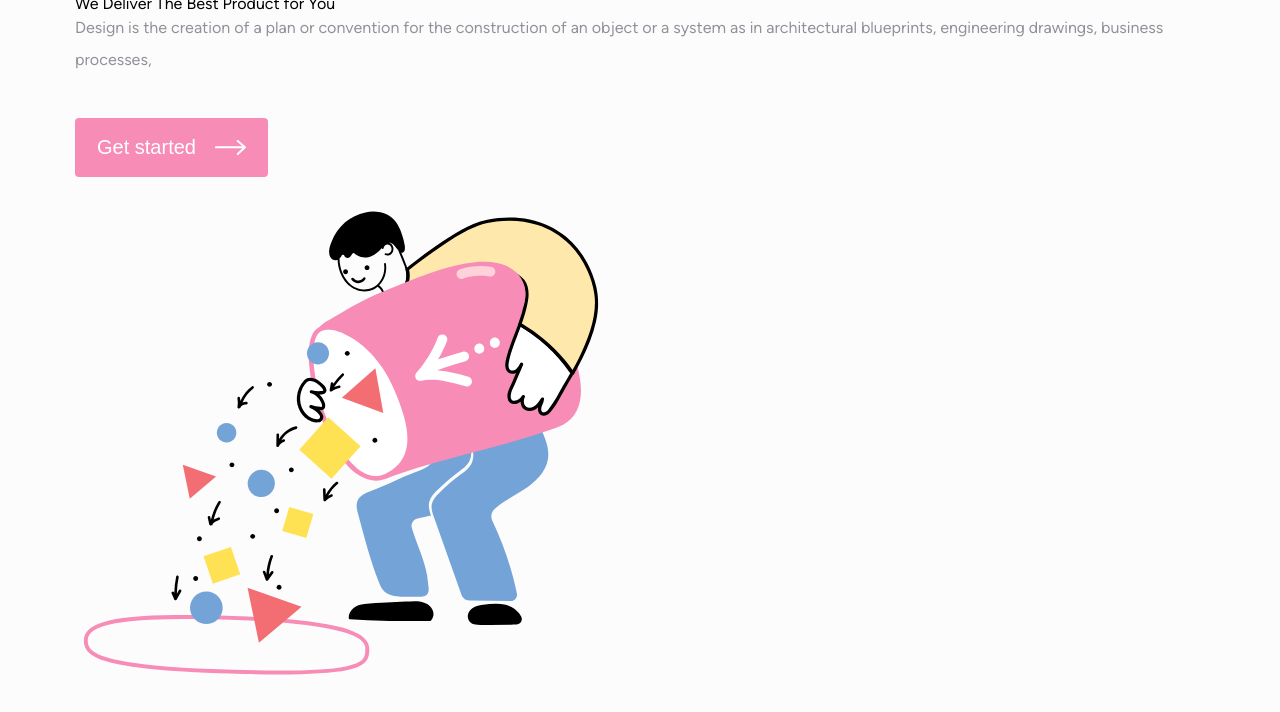
Repository: ArusyakAghajanyan/MirageFigma
Page: Figma/index.html
These files come from the project's save history. The page is drawn as it stood at one moment and after the next save; the edit follows.
The browser window is 1280 px wide. The pictures show the part of the page from y = 1421 to 2133 px (the page is 2133 px tall before and 2059 px after).
A picture or video elsewhere on the page could not be fetched, so the positions and the page height are approximate.

Above is the page before, as saved 2022-08-21 21:51:33.

### Figma/index.html
<!DOCTYPE html>
<html lang="en">
  <head>
    <meta charset="UTF-8" />
    <meta http-equiv="X-UA-Compatible" content="IE=edge" />
    <meta name="viewport" content="width=device-width, initial-scale=1.0" />
    <link rel="stylesheet" href="./assets/./css/reset.css" />
    <link rel="stylesheet" href="./assets/css/style.css" />
    <link rel="stylesheet" href="./assets/css/responsive.css" />
    <title>Mirage</title>
  </head>
  <body>
    <header class="header">
      <div class="container">
        <div class="header-content">
          <h1 class="header__logo"><span class="text-primary">Mi</span>rage</h1>
          <nav class="header__nav">
            <ul class="header__menu">
              <li class="header__menu-item">
                <a href="#" class="header__menu-link">Home</a>
              </li>
              <li class="header__menu-item">
                <a href="#" class="header__menu-link">About</a>
              </li>
              <li class="header__menu-item">
                <a href="#" class="header__menu-link">Product</a>
              </li>
              <li class="header__menu-item">
                <a href="#" class="header__menu-link">Pricing</a>
              </li>
              <li class="header__menu-item">
                <a href="#" class="header__menu-link">Test</a>
              </li>
            </ul>
          </nav>
        </div>
      </div>
    </header>
    <main>
      <section class="intro">
        <div class="container">
          <div class="intro-content">
            <div class="intro__description">
              <h2 class="intro__title">__Creative Agency</h2>
              <h3 class="intro__subtitle">
                We Deliver The Best Product for You
              </h3>
              <p class="intro__details">
                Design is the creation of a plan or convention for the
                construction of an object or a system as in architectural
                blueprints, engineering drawings, business processes,
              </p>
              <button class="intro__button base-button base-button--primary">
                <span class="intro__button-text">Get started</span>
                <img
                  class="intro__button-icon"
                  src="./assets/icons/Group 1.svg"
                  alt="arrow"
                />
              </button>
            </div>
            <div class="intro__image-wrapper">
              <img
                class="intro__img"
                src="./assets/images/intro-image.svg"
                alt=""
              />
            </div>
          </div>
        </div>
      </section>
      <section class="services">
        <div class="container">
          <div class="services-content">
            <div class="services__description">
              <h2 class="services__title">Our Services</h2>
              <h3 class="services__subtitle">Why People Choose Us</h3>
            </div>
            <div class="services__card">
              <div class="services__card-item">
                <div class="services__image-wrapper">
                  <img
                    class="services__image"
                    src="./assets/images/service-image1.svg"
                    alt="Design"
                  />
                </div>
                <h2 class="services__card-item-title">Design</h2>
                <p class="services__card-item-description">
                  a plan or drawing produced to show the look and function
                </p>
              </div>

              <div class="services__card-item">
                <div class="services__image-wrapper">
                  <img
                    class="services__image"
                    src="./assets/images/service-image2.svg"
                    alt="Development"
                  />
                </div>
                <h2 class="services__card-item-title">Development</h2>
                <p class="services__card-item-description">
                    Development is defined as the process of growth or new</p>
              </div>


              <div class="services__card-item">
                <div class="services__image-wrapper">
                  <img
                    class="services__image"
                    src="./assets/images/service-image3.svg"
                    alt="Branding"
                  />
                </div>
                <h2 class="services__card-item-title">Branding</h2>
                <p class="services__card-item-description">
                    The marketing practice of creating a name, symbol or</p>
                    <div class="services__card-more">
                        <span class="services__card-more-text" >Learn more</span>
                        <img class="services__card-more-icon" src="./assets/images/arrow.svg" alt="">
                    </div>
              </div>

              <div class="services__card-item">
                <div class="services__image-wrapper">
                  <img
                    class="services__image"
                    src="./assets/images/service-image1.svg"
                    alt="Illustration"
                  />
                </div>
                <h2 class="services__card-item-title">Illustration</h2>
                <p class="services__card-item-description">
                    An illustration is a decoration, interpretation or visual                </p>
              </div>
            </div>
          </div>
        </div>
      </section>
      <section class="design">
        <div class="container">
          <div class="design-content">
            <div class="design__description">
              <h2 class="design__title">__Creative Agency</h2>
              <h3 class="design__subtitle">
                We Deliver The Best Product for You
              </h3>
              <p class="intro__details">
                Design is the creation of a plan or convention for the
                construction of an object or a system as in architectural
                blueprints, engineering drawings, business processes,
              </p>
              <button class="intro__button base-button base-button--primary">
                <span class="intro__button-text">Get started</span>
                <img
                  class="intro__button-icon"
                  src="./assets/icons/Group 1.svg"
                  alt="arrow"
                />
              </button>
            </div>
            <div class="intro__image-wrapper">
              <img
                class="intro__img"
                src="./assets/images/intro-image.svg"
                alt=""
              />
            </div>
          </div>
        </div>
      </section>

    </main>
  </body>
</html>

### Figma/assets/css/reset.css
html, body, div, span, applet, object, iframe,
h1, h2, h3, h4, h5, h6, p, blockquote, pre,
a, abbr, acronym, address, big, cite, code,
del, dfn, em, img, ins, kbd, q, s, samp,
small, strike, strong, sub, sup, tt, var,
b, u, i, center,
dl, dt, dd, ol, ul, li,
fieldset, form, label, legend,
table, caption, tbody, tfoot, thead, tr, th, td,
article, aside, canvas, details, embed,
figure, figcaption, footer, header, hgroup,
menu, nav, output, ruby, section, summary,
time, mark, audio, video {
	margin: 0;
	padding: 0;
	border: 0;
	font-size: 100%;
	font: inherit;
	vertical-align: baseline;
}

article, aside, details, figcaption, figure,
footer, header, hgroup, menu, nav, section {
	display: block;
}
body {
	line-height: 1;
}
ol, ul {
	list-style: none;
}
blockquote, q {
	quotes: none;
}
blockquote:before, blockquote:after,
q:before, q:after {
	content: '';
	content: none;
}
table {
	border-collapse: collapse;
	border-spacing: 0;
}
a {
        color: inherit;
    text-decoration: none;
  }
*, *::before, *::after {
    box-sizing: border-box;
  }

### Figma/assets/css/style.css
/* Fonts */
@import url("../fonts/fonts.css");

/* Variables */
@import url("./var.css");

/* UI */
@import url("./UI/button.css");



@import url("./main.css");

/* Sections */
@import url("./sections/header.css");
@import url("./sections/intro.css");
@import url("./sections/services.css");

### Figma/assets/fonts/fonts.css
@font-face {
    font-family: 'Figtree';
    src: url('Figtree-Black.eot');
    src: url('Figtree-Black.eot?#iefix') format('embedded-opentype'),
        url('Figtree-Black.woff2') format('woff2'),
        url('Figtree-Black.woff') format('woff'),
        url('Figtree-Black.ttf') format('truetype');
    font-weight: 900;
    font-style: normal;
    font-display: swap;
}

@font-face {
    font-family: 'Figtree';
    src: url('Figtree-Light.eot');
    src: url('Figtree-Light.eot?#iefix') format('embedded-opentype'),
        url('Figtree-Light.woff2') format('woff2'),
        url('Figtree-Light.woff') format('woff'),
        url('Figtree-Light.ttf') format('truetype');
    font-weight: 300;
    font-style: normal;
    font-display: swap;
}

@font-face {
    font-family: 'Figtree';
    src: url('Figtree-SemiBold.eot');
    src: url('Figtree-SemiBold.eot?#iefix') format('embedded-opentype'),
        url('Figtree-SemiBold.woff2') format('woff2'),
        url('Figtree-SemiBold.woff') format('woff'),
        url('Figtree-SemiBold.ttf') format('truetype');
    font-weight: 600;
    font-style: normal;
    font-display: swap;
}

@font-face {
    font-family: 'Figtree';
    src: url('Figtree-Medium.eot');
    src: url('Figtree-Medium.eot?#iefix') format('embedded-opentype'),
        url('Figtree-Medium.woff2') format('woff2'),
        url('Figtree-Medium.woff') format('woff'),
        url('Figtree-Medium.ttf') format('truetype');
    font-weight: 500;
    font-style: normal;
    font-display: swap;
}

@font-face {
    font-family: 'Figtree';
    src: url('Figtree-Bold.eot');
    src: url('Figtree-Bold.eot?#iefix') format('embedded-opentype'),
        url('Figtree-Bold.woff2') format('woff2'),
        url('Figtree-Bold.woff') format('woff'),
        url('Figtree-Bold.ttf') format('truetype');
    font-weight: bold;
    font-style: normal;
    font-display: swap;
}

@font-face {
    font-family: 'Figtree';
    src: url('Figtree-ExtraBold.eot');
    src: url('Figtree-ExtraBold.eot?#iefix') format('embedded-opentype'),
        url('Figtree-ExtraBold.woff2') format('woff2'),
        url('Figtree-ExtraBold.woff') format('woff'),
        url('Figtree-ExtraBold.ttf') format('truetype');
    font-weight: bold;
    font-style: normal;
    font-display: swap;
}

@font-face {
    font-family: 'Figtree';
    src: url('Figtree-Regular.eot');
    src: url('Figtree-Regular.eot?#iefix') format('embedded-opentype'),
        url('Figtree-Regular.woff2') format('woff2'),
        url('Figtree-Regular.woff') format('woff'),
        url('Figtree-Regular.ttf') format('truetype');
    font-weight: normal;
    font-style: normal;
    font-display: swap;
}

### Figma/assets/css/var.css
:root {
    --primary: #F78CB6;
    --secondary: #56597A;
    --background-color: #FCFCFC;
    --secondary-light: #919299;
    --background: #E5E5E5;
    --background-secondary: #FFF1F9;
    --background-light: #fcfcfc;

    /*Abstract*/
    --white: #ffffff;

}

### Figma/assets/css/UI/button.css
.base-button {
    background-color: transparent;
    border: none;
    outline: none;
    padding: 18px 22px;
    border-radius: 4px;

}
.base-button-hover {
    cursor: pointer;
}
.base-button--primary {
    background-color: var(--primary);
    color: var(--white);
}

### Figma/assets/css/main.css
html, body {
    font-family: 'Figtree', sans-serif;
    background-color: var(--background-light);
    margin: 0;
    padding: 0;
}
.container {
    width: 1130px;
    margin: 0 auto;
}
.text-primary {
    color: var(--primary);
}

### Figma/assets/css/sections/header.css
.header {
  position: fixed;
  width: 100%;
  padding-top: 57px;

}
.header-content {
  display: flex;
  align-items: center;
  justify-content: space-between;
}

.header__logo {
  font-size: 30px;
  font-weight: 700;
  color: var(--secondary);
}

.header__menu {
  display: flex;
  align-items: center;
  justify-content: flex-end;
  color: var( --secondary-light);
}

.header__menu-item:not(:last-child) {
  margin: 0 36px;
}
.header__menu-link:hover {
  color: var( --secondary);
}

### Figma/assets/css/sections/intro.css
.intro {
    height: 100vh;
    display: flex;
    align-items: center;
    justify-content: center;
    /* margin-top: 216px; */
}
.intro-content {
    height: 100vh;
 display: flex;
 align-items: center;
 justify-content: space-between;
 /* espes gisht a heravorutyun pahelu hamar */
  margin-top: 216px;

}
.intro__description {
    width: 50%;
}

.intro__title {
    font-size: 28px;
    color: var(--primary);
    margin-bottom: 29px;
}
.intro__subtitle {
    font-size: 64px;
    font-weight: 700;
    color: var(--secondary);
    margin: 31px;
}
.intro__details {
    color: var(--secondary-light);
    margin-bottom: 42px;
    line-height: 32px;
}
.intro__button {
    font-size: 20px;
    display: flex;
    align-items: center;
}
.intro__button-icon {
    margin-left: 19px;
}

.intro__image__wrapper {
    width: 50%;

}
.intro__image {
width: 100%;
display: block;
}

### Figma/assets/css/sections/services.css
.services {
    margin-top: 203px;
    display: flex;
    flex-direction: column;
    align-items: center;
    justify-content: center;

}
.services-content {

    align-items: center;
    text-align: center;

    /* justify-content: space-between; */
}

.services__title {
    display: inline-block;
    font-size: 28px;
    color: var(--primary);
    margin-bottom: 6px;
}
.services__subtitle {
    display: block;
    font-size: 64px;
    font-weight: 700;
    color: var(--secondary);
    margin: 0 0 58px;
}
.services__card {
    display: flex;
    justify-content: space-between;
}
.services__card-item {
    display: flex;
    flex-direction: column;
    width: calc(25% - 16px);
    margin: 0 8px;
    align-items: center;
    justify-content: center;
    background-color: var(--background-secondary);
    border-radius: 8px;
    padding: 56px 23px 23px;
}

.services__image-wrapper {
    display: flex;
    width: 49px;
    height: 43px;
    margin-bottom: 42px;
    margin-top: 56px;
    align-items: center;
    justify-content: center;
}

.services__card-item-title {
    color: var(--secondary);
    font-size: 34px;
    padding-bottom: 10px;
}

.services__card-item-description{
    color: var(--secondary-light);
    font-size: 16px;

}
.services__card-more{
    color: var(--secondary);
    margin-top: 10px;
    font-style: 20px;
}


.services__card-more-icon{
    margin-left: 8px;
}

Loaded but not shown: Figma/assets/css/responsive.css (no copy from this time; the picture is the same without it)

After the next save:
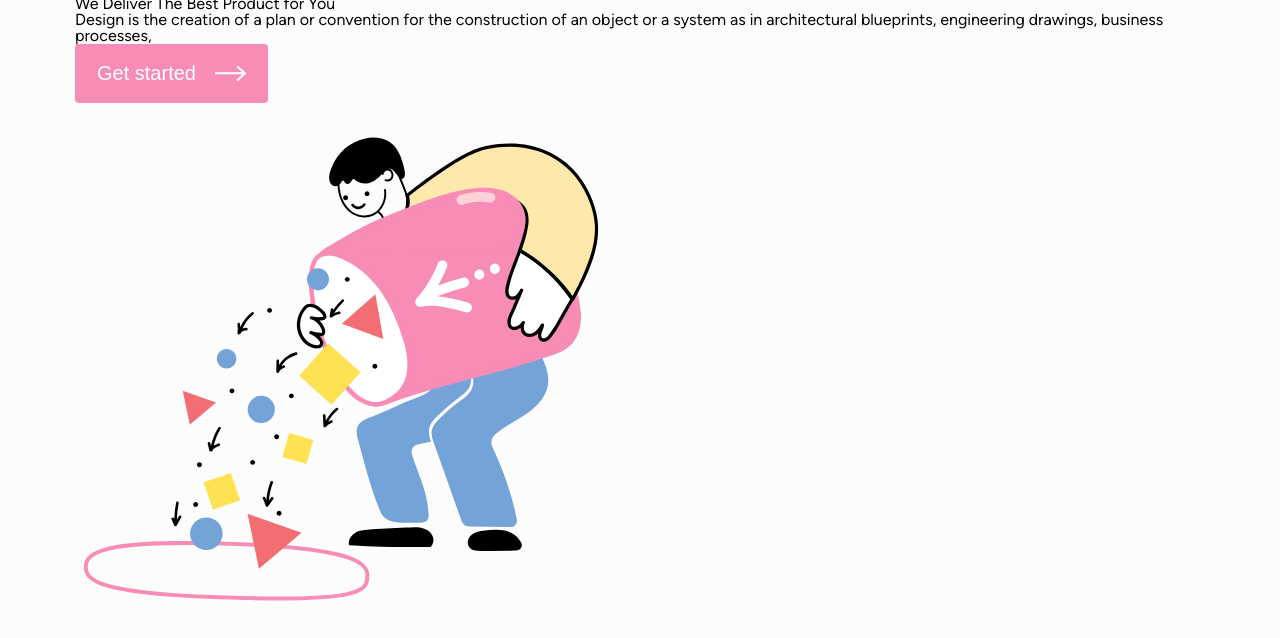
Saved 6 s later.
--- a/Figma/index.html
+++ b/Figma/index.html
@@ -146,7 +146,7 @@
               <h3 class="design__subtitle">
                 We Deliver The Best Product for You
               </h3>
-              <p class="intro__details">
+              <p class="design__details">
                 Design is the creation of a plan or convention for the
                 construction of an object or a system as in architectural
                 blueprints, engineering drawings, business processes,
